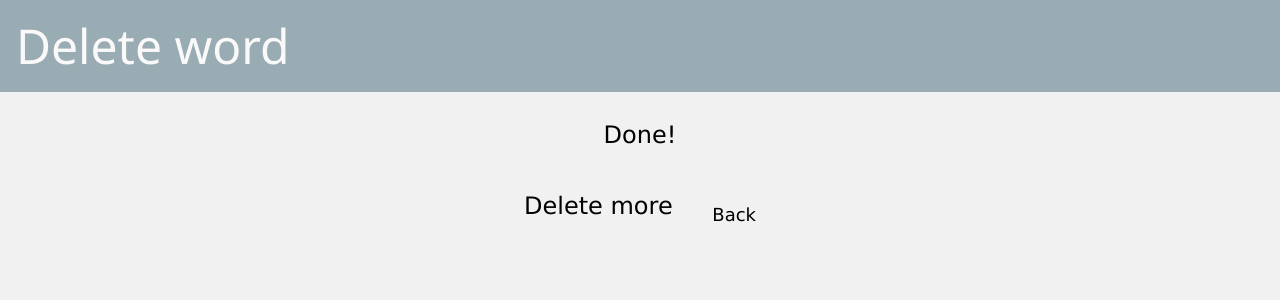
Repository: OleksandrDoskaliukKN313/IIC
Page: http://localhost/WebDictionary/deleteWord.jsp
An editor plug-in stored every save of this project. The page is shown before and after the next save, followed by the edit.
The browser window is 1280 px wide. The pictures show the whole page.
The page is served by Tomcat 9. Other server files are loaded and not shown. Queries for data that is not in the repository find no rows.

Above is the page before, as saved 2020-10-12 10:34:05.

### WebDictionary/WebContent/deleteWord.jsp
<%@ page language="java" contentType="text/html; charset=ISO-8859-1"
    pageEncoding="ISO-8859-1"%>
    <%@ page import = "database.DatabaseFacade" %>
<!DOCTYPE html>
<html>
<head>
<meta charset="ISO-8859-1">
<title>Delete word JSP</title>
<link rel="stylesheet" href="w3.css">
</head>
<body class="w3-light-grey ">
<div class="w3-container w3-blue-grey w3-opacity w3-left-align 	">
        <h1 class = "w3-xxxlarge">Delete word</h1>
    </div>
<div class = "w3-xlarge w3-container w3-center">
<%
	String en = request.getParameter("en");
	DatabaseFacade.getStatment().execute("delete from words.words where(en='"+ en + "');");
%>
<p>Done!</p>
<button class = "w3-btn w3-hover-green w3-round-large"onclick="location.href='deleteWord'">Delete more</button>
<button class="w3-btn w3-hover-red w3-round-large w3-large w3-margin-top"onclick="location.href='index.html'">Back</button>
</div>
</body>
</html>

### WebDictionary/src/database/DatabaseFacade.java
package database;


import java.sql.Connection;
import java.sql.DriverManager;
import java.sql.SQLException;
import java.sql.Statement;

public class DatabaseFacade {
	private static Statement statement=null;
	private DatabaseFacade() {
		getStatment();
	}

	public static Statement getStatment()
	{
		if(statement==null)
		{
			try
			{
				Connection connection = DriverManager.getConnection("jdbc:postgresql://localhost:5432/dictionary","postgres","1234");
				statement = connection.createStatement();
				return statement;

			} catch (SQLException e) {

				System.out.println("Connection Failure!");
				e.printStackTrace();
				return null;
			}
		}
		else return statement;

	}
}

Loaded but not shown: WebDictionary/WebContent/w3.css (library)

After the next save:
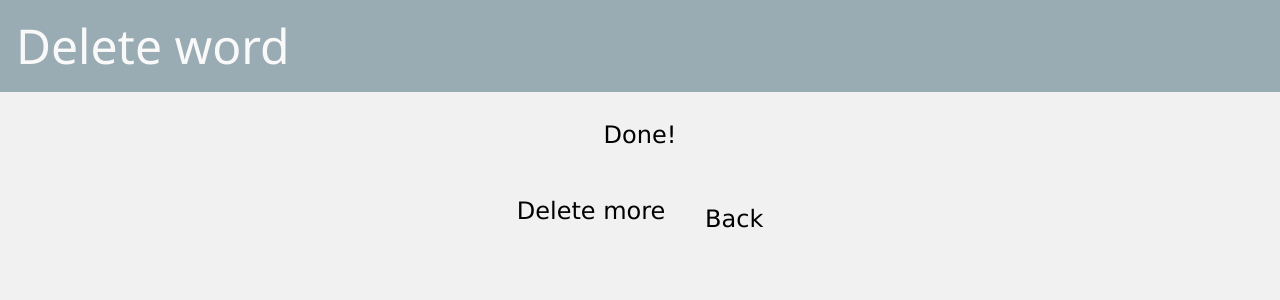
Saved 21 s later.
--- a/WebDictionary/WebContent/deleteWord.jsp
+++ b/WebDictionary/WebContent/deleteWord.jsp
@@ -19,7 +19,7 @@
 %>
 <p>Done!</p>
 <button class = "w3-btn w3-hover-green w3-round-large"onclick="location.href='deleteWord'">Delete more</button>
-<button class="w3-btn w3-hover-red w3-round-large w3-large w3-margin-top"onclick="location.href='index.html'">Back</button>
+<button class="w3-btn w3-hover-red w3-round-large w3-margin-top"onclick="location.href='index.html'">Back</button>
 </div>
 </body>
 </html>
